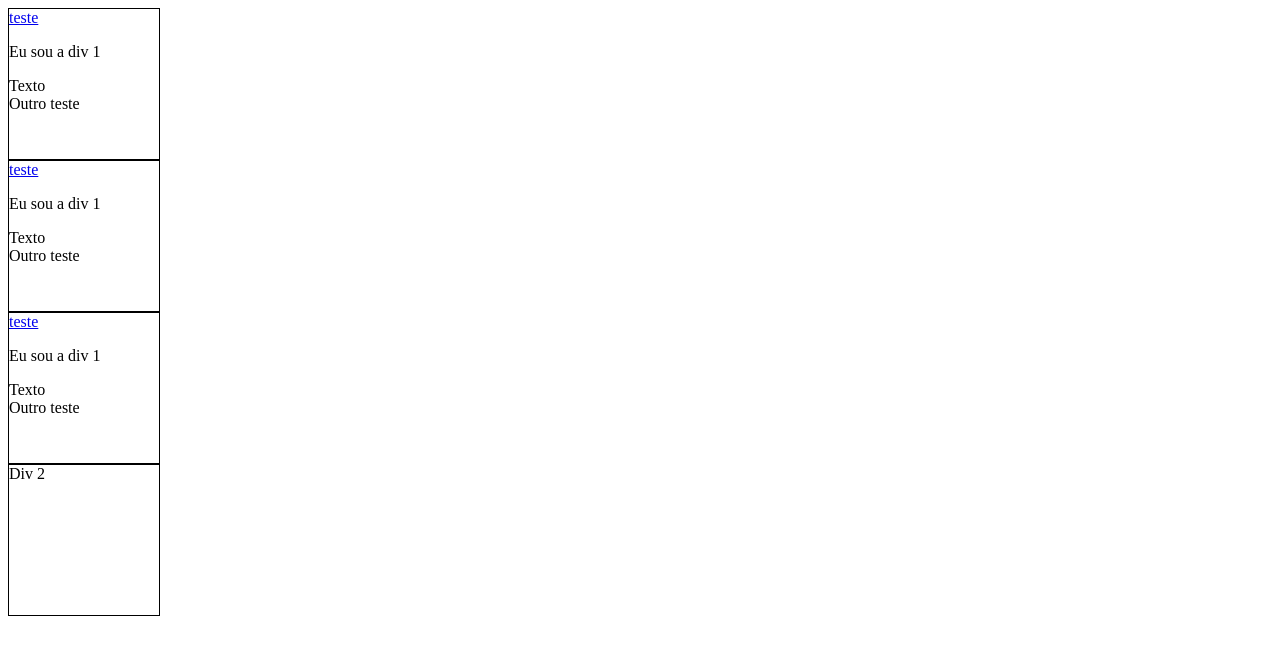
Repository: 2001mariana/jquery
Page: html-tag-content-manipulation.html
These files come from the project's save history. The page is drawn as it stood at one moment and after the next save; the edit follows.
The browser window is 1280 px wide. The pictures show the whole page.

Above is the page before, as saved 2022-08-04 14:00:44.

After the next save:
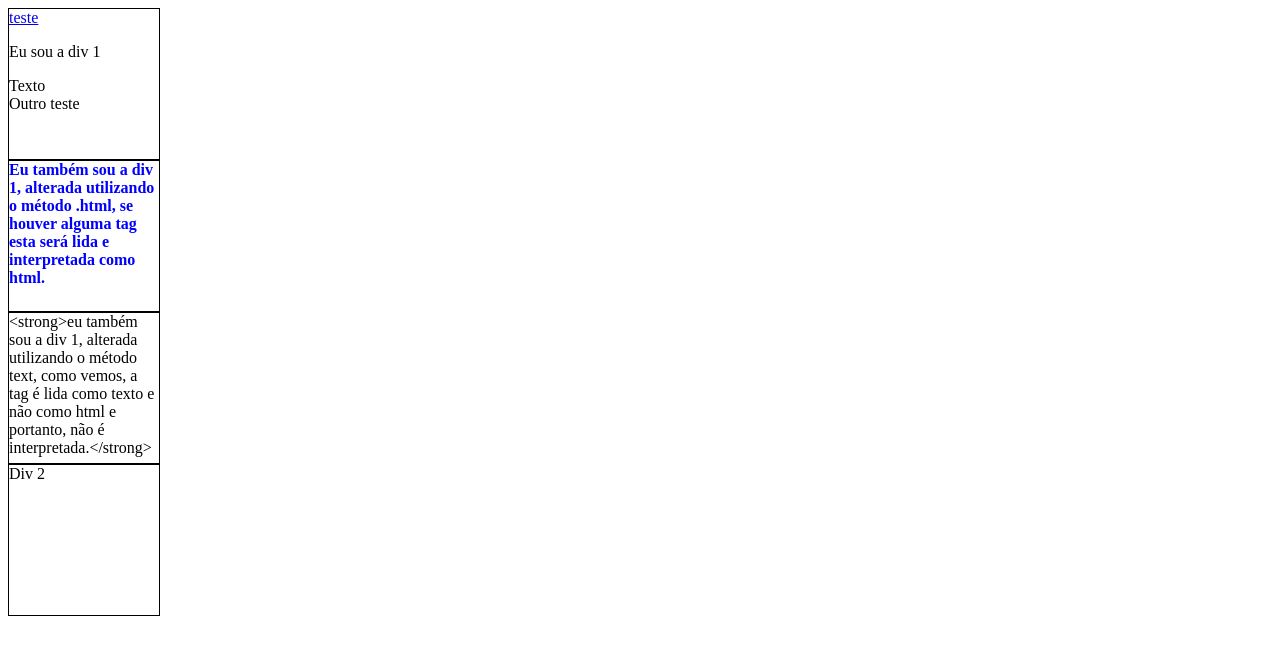
Saved 9 s later.
--- a/html-tag-content-manipulation.html
+++ b/html-tag-content-manipulation.html
@@ -10,8 +10,8 @@
 			$(document).ready(() => {
 				console.log('conteúdo div 1: ', $('#div1').html())
 				console.log('conteúdo div 2: ', $('#div2').html())
-                $('#div1 #alterada-html').html('<strong style="color: blue">Eu também sou a div 1, alterada utilizando o método .html, se houver alguma tag esta será lida e interpretada como html.</strong>')
-                $('#div1 #alterada-text').text('<strong>eu também sou a div 1, alterada utilizando o método text, como vemos, a tag é lida como texto e não como html e portanto, não é interpretada.</strong>')
+                $('#div1-alterada-html').html('<strong style="color: blue">Eu também sou a div 1, alterada utilizando o método .html, se houver alguma tag esta será lida e interpretada como html.</strong>')
+                $('#div1-alterada-text').text('<strong>eu também sou a div 1, alterada utilizando o método text, como vemos, a tag é lida como texto e não como html e portanto, não é interpretada.</strong>')
 			})
 		</script>
 	</head>
